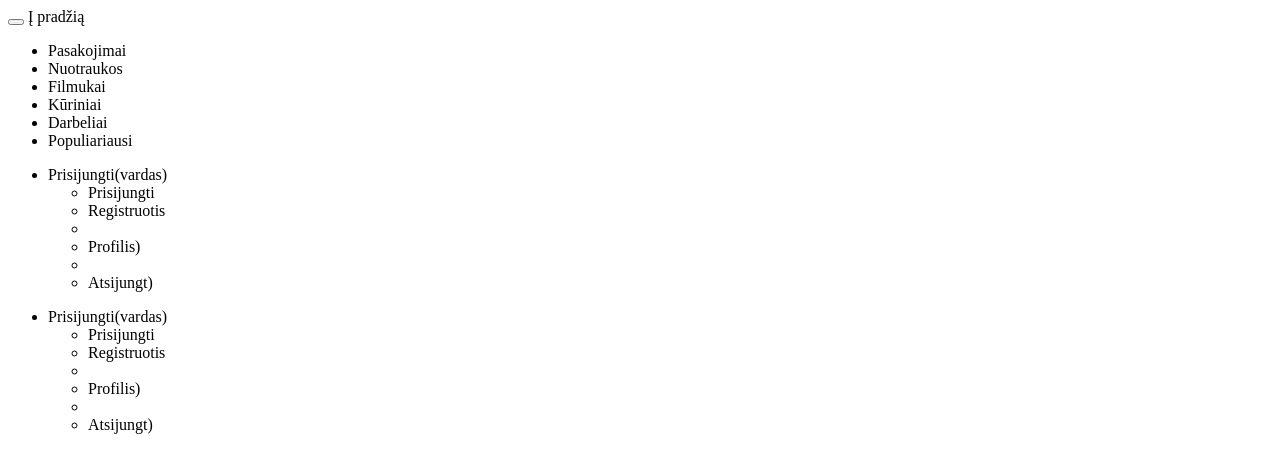
Repository: Skaidrius/Blogas
Page: templates/partials/header.html
The author's editor kept a record of every edit. The page is drawn from the files as they stood at one moment, then again after the next edit.
The browser window is 1280 px wide. The pictures show the whole page.

Above is the page before.

### templates/partials/header.html
<!--header.html-->
<!--Navigation-->
<nav id = "navigation" class="navbar navbar-default navbar-fixed-top navbarheight" role="navigation" ng-controller="NavBarController">
  <div class="container-fluid">
    <div class="navbar-header">
      <button type="button" class="navbar-toggle" data-toggle="collapse" data-target=".navbar-collapse" ng-click="isCollapsed = !isCollapsed">
        <span class="icon-bar"></span>
        <span class="icon-bar"></span>
        <span class="icon-bar"></span>
      </button>
      <a class="nav navbar-brand downabit" ui-sref="home" ng-click="filters.type = ''">Į pradžią</a>
    </div>
    <div class="collapse navbar-collapse" collapse="isCollapsed">
      <ul class="nav navbar-nav">
        <li><a class="text-center" ui-sref="tales"      ng-click="filters.type = 'tales'" >   Pasakojimai</a></li>
        <li><a class="text-center" ui-sref="photos"     ng-click="filters.type = 'photos'">   Nuotraukos</a></li>
        <li><a class="text-center" ui-sref="videos"     ng-click="filters.type = 'videos'">   Filmukai</a></li>
        <li><a class="text-center" ui-sref="arts"       ng-click="filters.type = 'arts'">     Kūriniai</a></li>
        <li><a class="text-center" ui-sref="creations"  ng-click="filters.type = 'creations'">Darbeliai</a></li>
        <li><a class="text-center" ui-sref="popular"    ng-click="filters.type = 'popular'">  Populiariausi</a></li>
      </ul>

      <ul class="nav navbar-nav navbar-right navbar-collapse" dropdown is-open="status.isopen" ng-controller="LoginController">
        <li class="dropdown">
          <a class=" dropdown-toggle downabit" data-toggle="dropdown" role="button" aria-expanded="false">
            <span class="fa fa-key"></span> Prisijungti(vardas) <span class="caret">
          </a>
          <ul class="dropdown-menu" role="menu">
            <li><a class="text-center" ng-click="open('templates/login.html')"><span class="fa fa-key"></span> Prisijungti</a></li>
            <li><a class="text-center" ng-click="open('templates/signup.html')"><span class="fa fa-users"></span> Registruotis</a></li>
            <li class="divider"></li>
            <li><a class="text-center" ng-click="open('templates/profile.html')"><span class="fa fa-user"></span> Profilis)</a></li>
            <li class="divider"></li>
            <li><a class="text-center" ng-click=""><span class="fa fa-key"></span> Atsijungt)</a></li>
          </ul>
        </li>
      </ul>


      <ul class="nav navbar-nav navbar-right navbar-collapse" dropdown is-open="status.isopen"  >
        <li type="button" class="navbar dropdown-toggle downabit" dropdown-toggle ng-disabled="disabled">
          <a><span class="fa fa-key"></span> Prisijungti(vardas) <span class="caret"></span></a>
        </li>
        <ul class="dropdown-menu" role="menu">
          <li><a class="text-center" ng-click="open('templates/login.html')"><span class="fa fa-key"></span> Prisijungti</a></li>
          <li><a class="text-center" ng-click="open('templates/signup.html')"><span class="fa fa-users"></span> Registruotis</a></li>
          <li class="divider"></li>
          <li><a class="text-center" ng-click="open('templates/profile.html')"><span class="fa fa-user"></span> Profilis)</a></li>
          <li class="divider"></li>
          <li><a class="text-center" ng-click=""><span class="fa fa-key"></span> Atsijungt)</a></li>
        </ul>
      </ul>


    </div>
  </div>
</nav>

After the next edit:
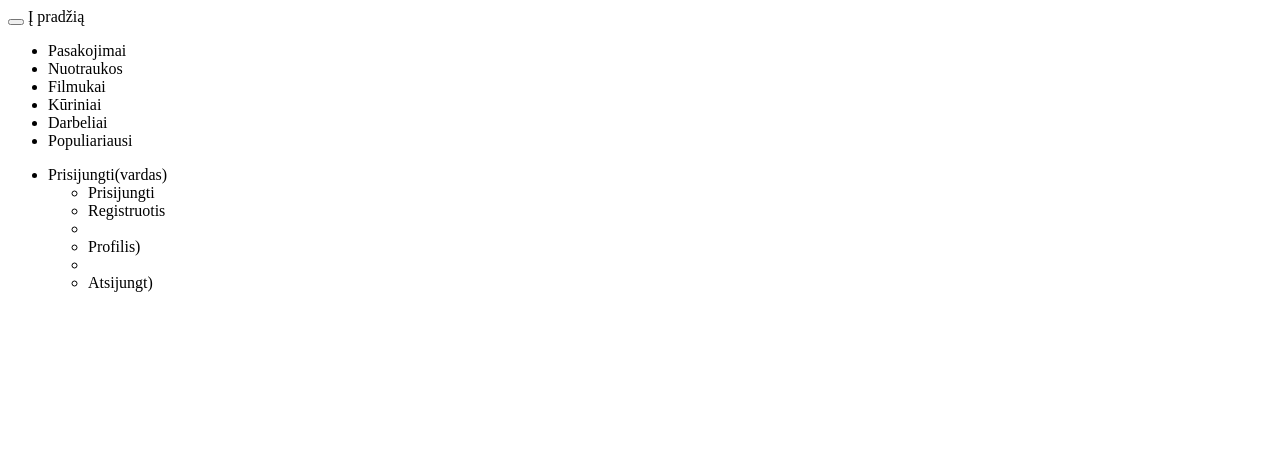
The edit:
--- a/templates/partials/header.html
+++ b/templates/partials/header.html
@@ -20,25 +20,8 @@
         <li><a class="text-center" ui-sref="popular"    ng-click="filters.type = 'popular'">  Populiariausi</a></li>
       </ul>
 
-      <ul class="nav navbar-nav navbar-right navbar-collapse" dropdown is-open="status.isopen" ng-controller="LoginController">
-        <li class="dropdown">
-          <a class=" dropdown-toggle downabit" data-toggle="dropdown" role="button" aria-expanded="false">
-            <span class="fa fa-key"></span> Prisijungti(vardas) <span class="caret">
-          </a>
-          <ul class="dropdown-menu" role="menu">
-            <li><a class="text-center" ng-click="open('templates/login.html')"><span class="fa fa-key"></span> Prisijungti</a></li>
-            <li><a class="text-center" ng-click="open('templates/signup.html')"><span class="fa fa-users"></span> Registruotis</a></li>
-            <li class="divider"></li>
-            <li><a class="text-center" ng-click="open('templates/profile.html')"><span class="fa fa-user"></span> Profilis)</a></li>
-            <li class="divider"></li>
-            <li><a class="text-center" ng-click=""><span class="fa fa-key"></span> Atsijungt)</a></li>
-          </ul>
-        </li>
-      </ul>
-
-
-      <ul class="nav navbar-nav navbar-right navbar-collapse" dropdown is-open="status.isopen"  >
-        <li type="button" class="navbar dropdown-toggle downabit" dropdown-toggle ng-disabled="disabled">
+      <ul class="nav navbar-nav navbar-right navbar-collapse" dropdown is-open="status.isopen" ng-controller="LoginController" >
+        <li type="button" class="navbar dropdown-toggle downabit text-center" dropdown-toggle ng-disabled="disabled">
           <a><span class="fa fa-key"></span> Prisijungti(vardas) <span class="caret"></span></a>
         </li>
         <ul class="dropdown-menu" role="menu">
